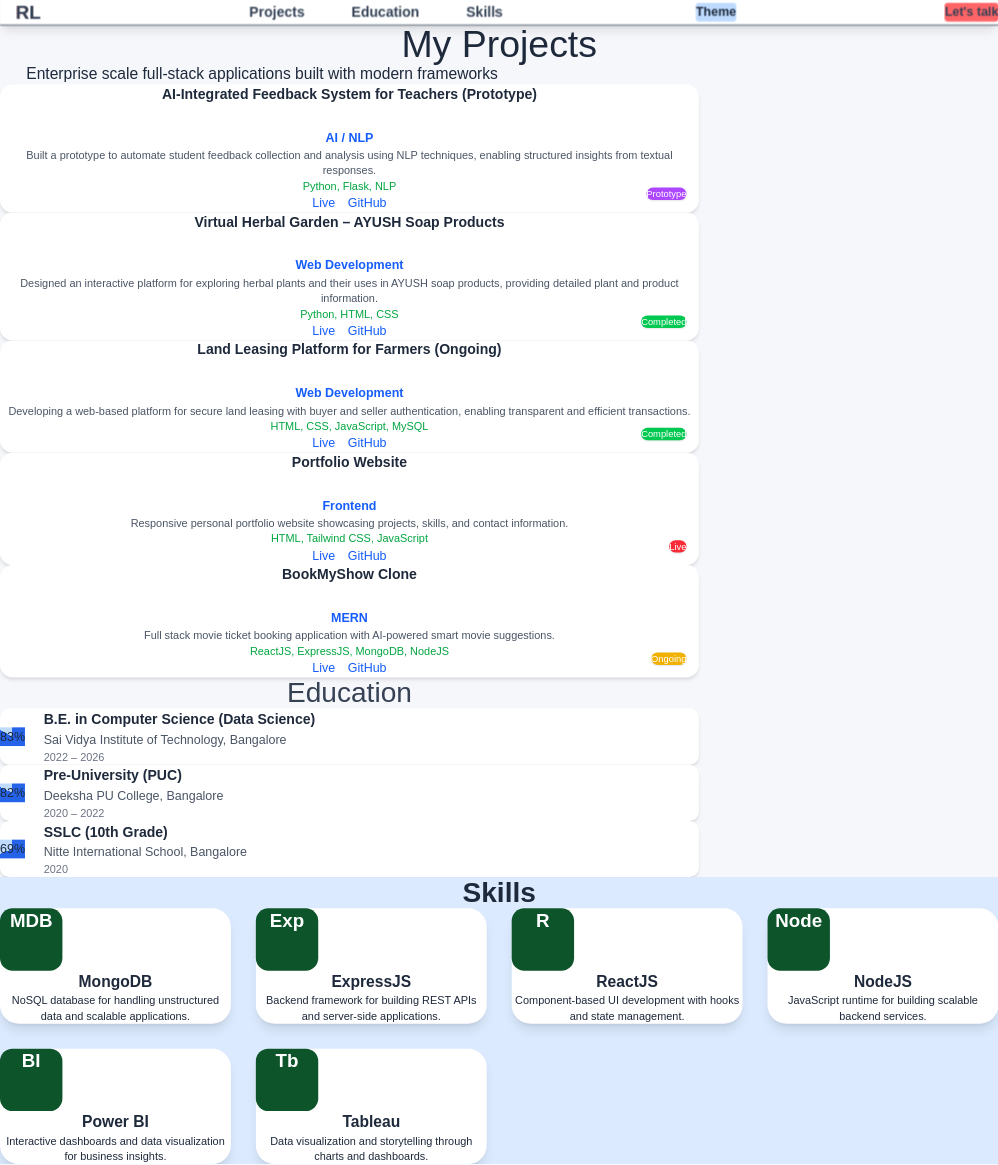
Repository: Rhaashee/myProfile
Page: index.html
The author's editor kept a copy of each file at every save. The page is drawn from the files as they stood at one save, then again after the next save.
The browser window is 1280 px wide. The pictures show the part of the page from y = 720 to 2213 px (the page is 2213 px tall before and 909 px after), at 78% of full size.

Above is the page before, as saved 2026-05-06 09:23:23.
Console error: SyntaxError: Identifier 'projectsData' has already been declared

After the next save:
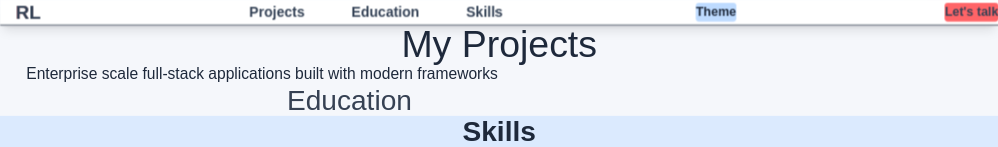
Console error: SyntaxError: Cannot use import statement outside a module
Saved 35 s later.
--- a/js/features/skills-render.js
+++ b/js/features/skills-render.js
@@ -1,45 +1,13 @@
-function renderSkills(){
-    const skillsContainer = document.getElementById("skills-container");
+import { skillsData } from "../data/skills.js";
 
-    if(!skillsContainer){
-        console.log("Skills Contianer not found");
-        return;
-    }
-    skillsContainer.innerHTML = "";
-    skillsData.forEach(function(skill){
-        // to create outer card
-        const card = document.createElement("div");
-        card.className = "p-8 text-center bg-white rounded-3xl shadow-lg";
+const container = document.getElementById("skills-container");
 
-        // create icon
-        const iconBox = document.createElement("div");
-        iconBox.className = "w-20 h-20 mx-auto mb-4 bg-green-900 rounded-2xl flex item-center justify-center";
-
-        // create icon
-        const iconText = document.createElement("span");
-        iconText.className = "text-2xl text-white font-bold"
-        iconText.textContent = skill.shortLabel;
-
-        // Put iconText inside iconBox
-        iconBox.appendChild(iconText);
-
-        // create a skill name
-        const skillsName = document.createElement("h3");
-        skillsName.className = "text-xl font-bold mb-2";
-        skillsName.textContent = skill.name;
-
-        // create skill description
-        const skillDescription = document.createElement("p");
-        skillDescription.className = "text-sm";
-        skillDescription.textContent = skill.description;
-
-        // append all child elements to card
-        card.appendChild(iconBox);
-        card.appendChild(skillsName);
-        card.appendChild(skillDescription);
-
-        // append card to skills container
-        skillsContainer.appendChild(card);
-    });
-    console.log("Skills rendered successfully");
-}
+container.innerHTML = `
+    <div class="skills-grid">
+        ${skillsData.map(skill => `
+            <div class="card">
+                <h3>${skill}</h3>
+            </div>
+        `).join("")}
+    </div>
+`;
